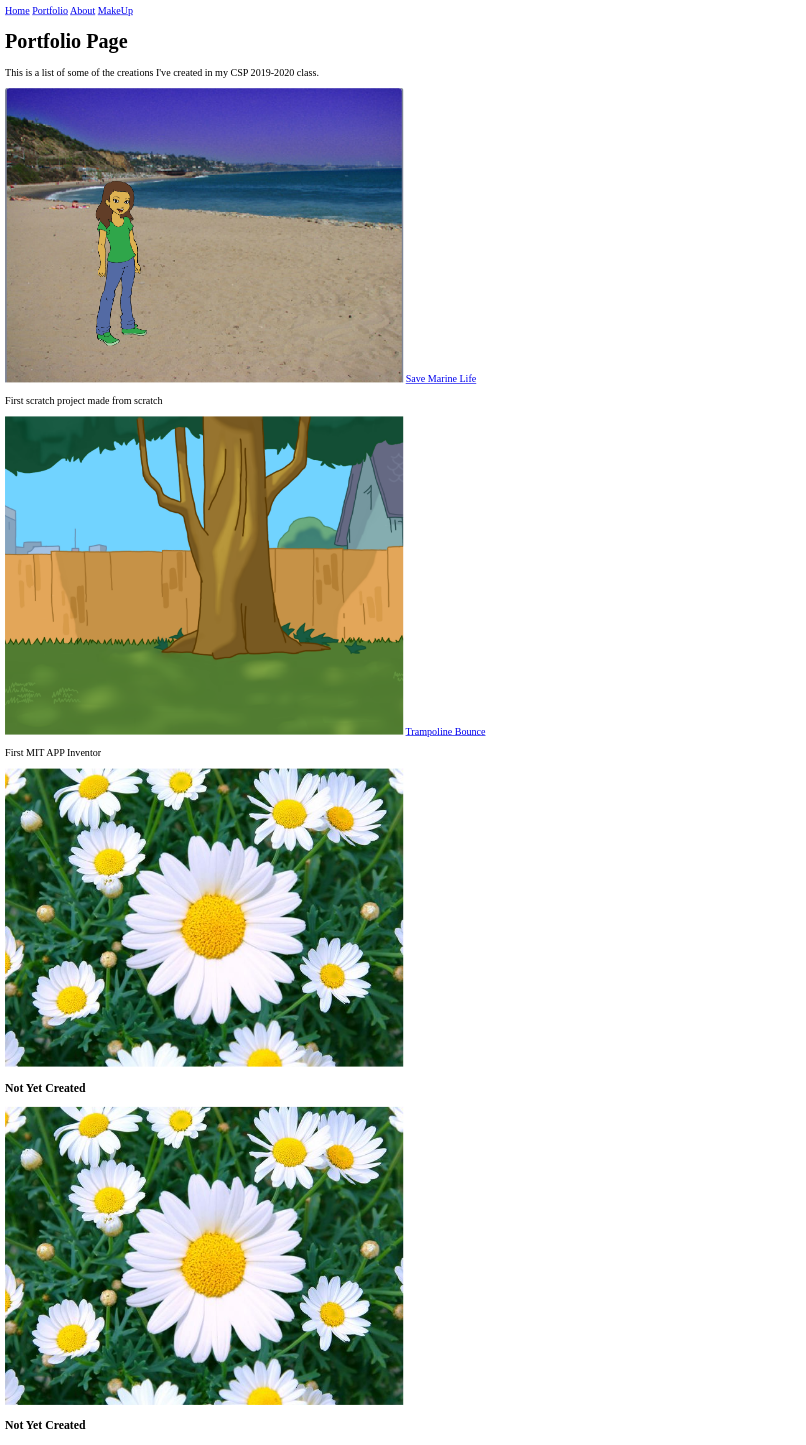
Repository: EMcmurray1862/emcmurray1862.github.io
Page: my_website/portfolio.html
The author's editor kept a record of every edit. The page is drawn from the files as they stood at one moment, then again after the next edit.
The browser window is 1280 px wide. The pictures show the whole page, at 63% of full size.

Above is the page before.

### my_website/portfolio.html
<!doctype html>
	<html lang="en">
	  <head>
	    <meta charset="utf-8">
	    <title>Portfolio</title>
	  </head>
	  <body>
    <a href="index.html">Home</a>
    <a href="portfolio.html">Portfolio</a>
    <a href="about.html">About</a>
    <a href="makeup.html">MakeUp</a>
  <h1>Portfolio Page</h1>
  <p>This is a list of some of the creations I've created in my CSP 2019-2020 class.</p>

<!-- Portfolio Gallery Grid -->
<div class="row">
  <div class="column">
    <div class="content">
    <img src="images/scratch.PNG" style="width:50%" "length:50%">
      <a href="https://scratch.mit.edu/projects/326744008/">Save Marine Life</a>
      <p>First scratch project made from scratch </p>
    </div>
  </div>
  <div class="column">
    <div class="content">
    <img src="images/backyard.png" style="width:50%" "length:50%">
      <a href="http://ai2.appinventor.mit.edu/?galleryId=4793477667356672">Trampoline Bounce</a>
      <p>First MIT APP Inventor </p>
    </div>
  </div>
  <div class="column">
    <div class="content">
    <img src="images/daisy.jpg" style="width:50%" "length:50%">
    <h3>Not Yet Created </h3>
    </div>
  </div>
  <div class="column">
    <div class="content">
    <img src="images/daisy.jpg" style="width:50%" "length:50%">
      <h3>Not Yet Created </h3>
     </div>
  </div>
  </div>
	  </body>
	</html>

After the next edit:
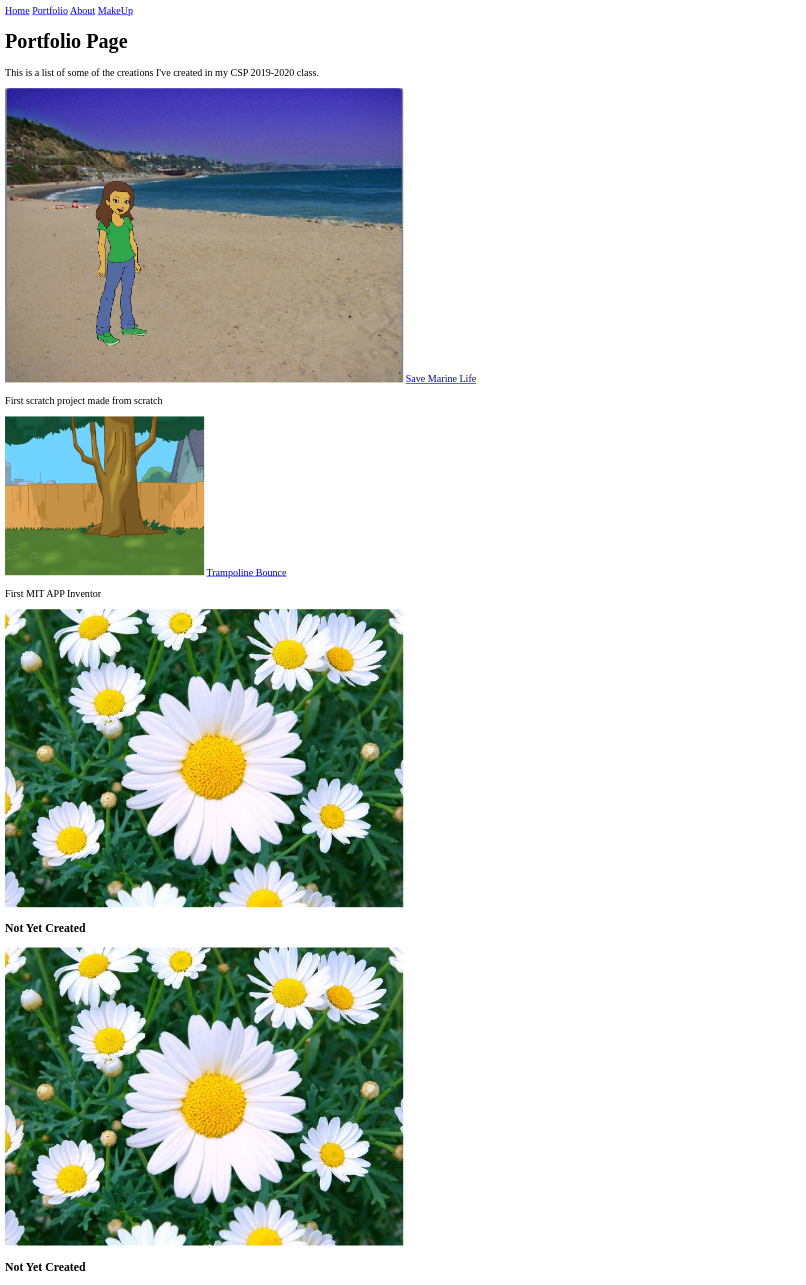
The edit:
--- a/my_website/portfolio.html
+++ b/my_website/portfolio.html
@@ -23,7 +23,7 @@
   </div>
   <div class="column">
     <div class="content">
-    <img src="images/backyard.png" style="width:50%" "length:50%">
+    <img src="images/backyard.png" style="width:25%" "length:50%">
       <a href="http://ai2.appinventor.mit.edu/?galleryId=4793477667356672">Trampoline Bounce</a>
       <p>First MIT APP Inventor </p>
     </div>
